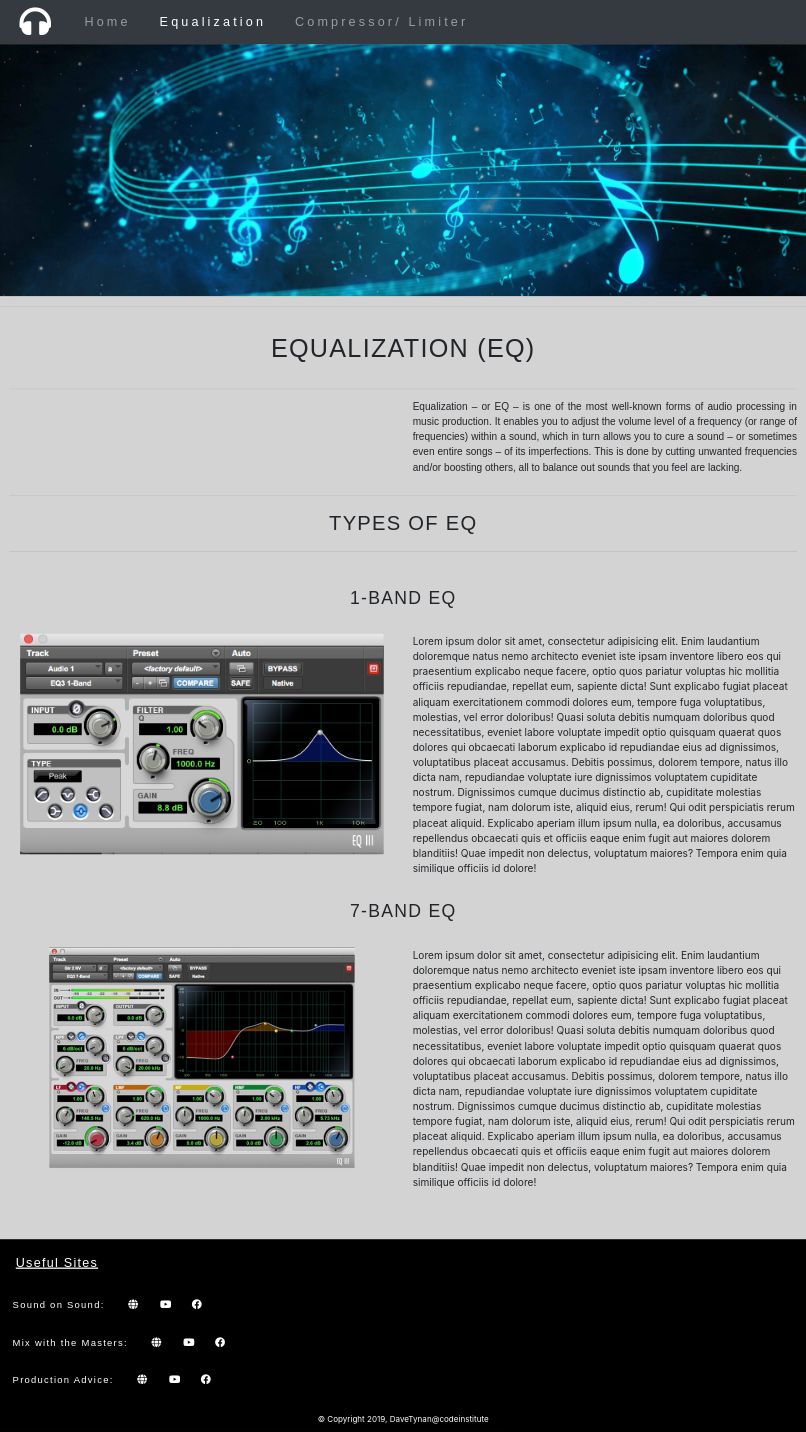
Repository: djjtyn/CIMilestoneProject1
Page: eq.html
The author's editor kept a record of every edit. The page is drawn from the files as they stood at one moment, then again after the next edit.
The browser window is 1280 px wide. The pictures show the whole page, at 63% of full size.
Some web libraries are served in a nearby version.

Above is the page before.
Console error (its wording comes from the project's code and is left out).

After the next edit:
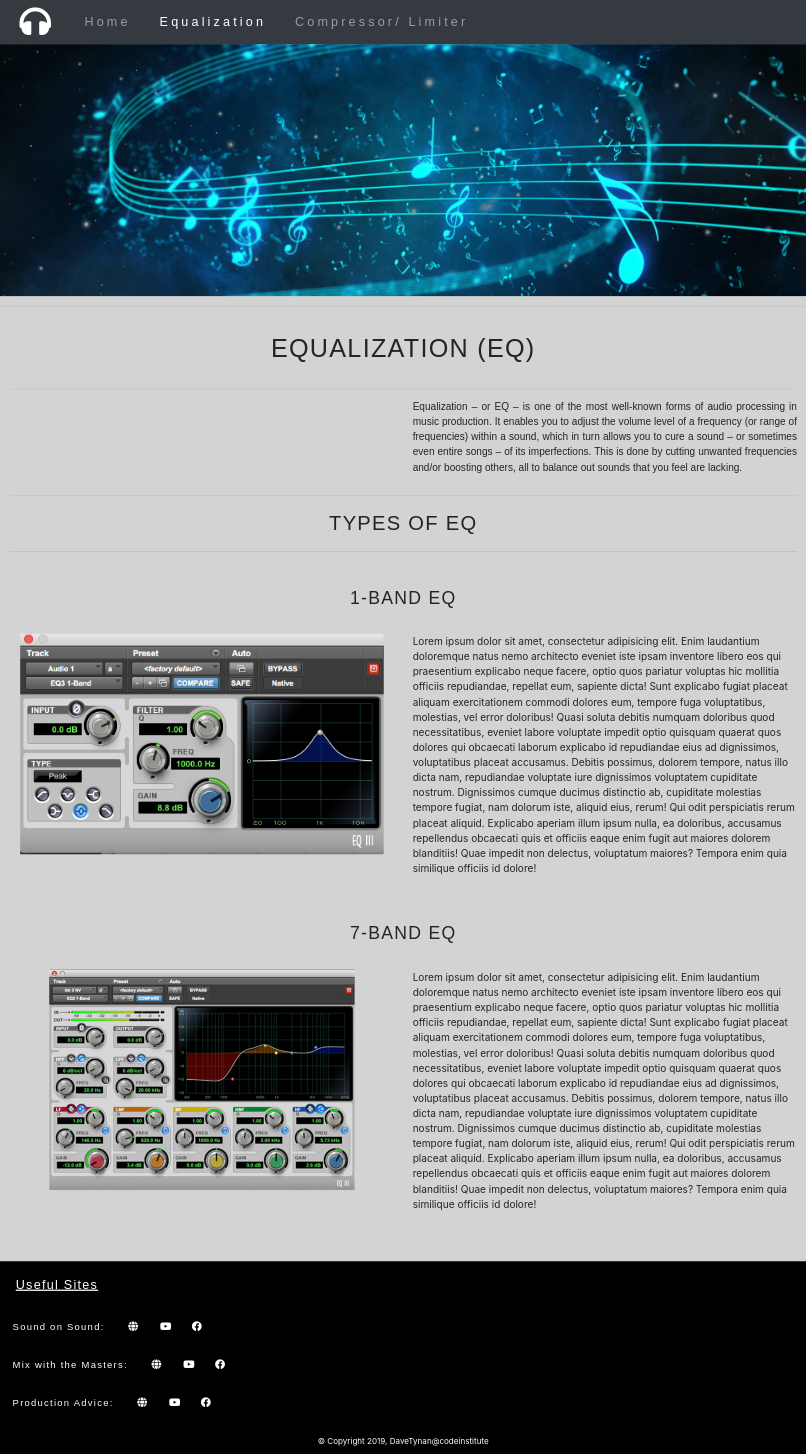
The edit:
--- a/eq.html
+++ b/eq.html
@@ -55,7 +55,7 @@
     <h2>Types of EQ</h2>
     <hr>
 
-    <div class="row">
+    <div class="row eqtop">
       <div class="col-12">
         <h3>1-Band EQ</h3>
       </div>
